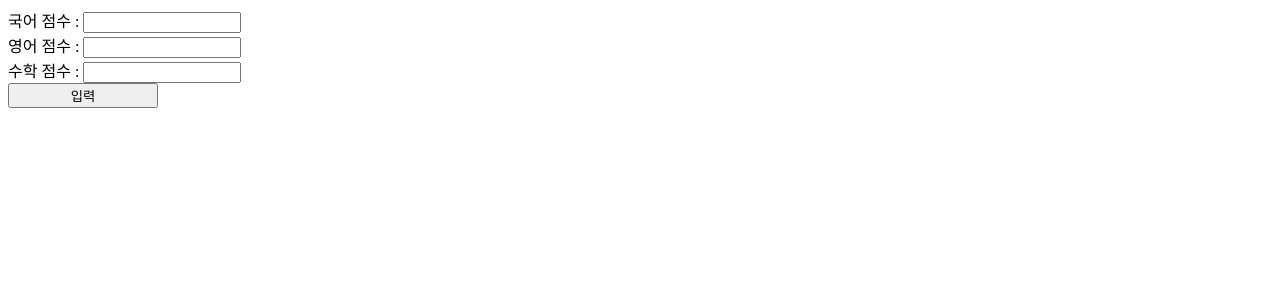
Repository: YooMyeongSeon/JSP_Servlet_Study
Page: web01/WebContent/Quiz_01.html
The author's editor kept a copy of each file at every save. The page is drawn from the files as they stood at one save, then again after the next save.
The browser window is 1280 px wide. The pictures show the whole page.

Above is the page before, as saved 2022-06-08 08:04:44.

After the next save:
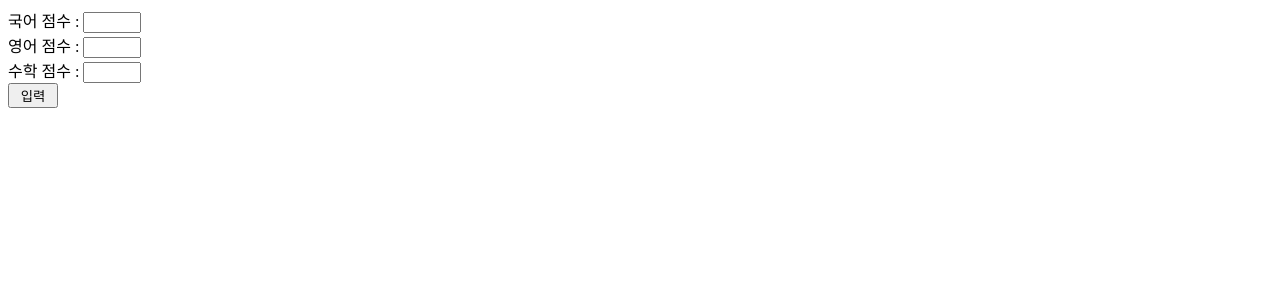
Saved 2 s later.
--- a/web01/WebContent/Quiz_01.html
+++ b/web01/WebContent/Quiz_01.html
@@ -5,7 +5,7 @@
 <title>Insert title here</title>
 <style>
 	input {
-		width : 150px;
+		width : 50px;
 	}
 </style>
 </head>
